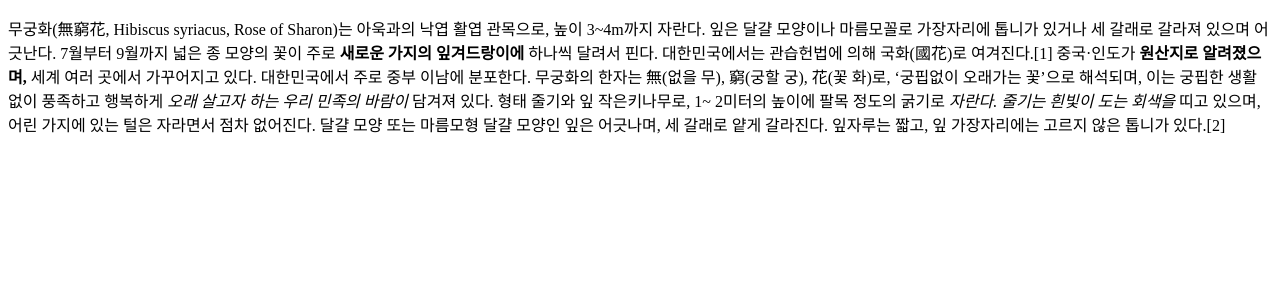
Repository: sH1222J/SH_DDit_WEB_study
Page: workspace/webpro/src/main/webapp/0304/텍스트서식.html
An editor plug-in stored every save of this project. The page is shown before and after the next save, followed by the edit.
The browser window is 1280 px wide. The pictures show the whole page.

Above is the page before, as saved 2025-03-04 03:20:27.

### workspace/webpro/src/main/webapp/0304/텍스트서식.html
<!DOCTYPE html>
<html>
<head>
<meta charset="UTF-8">
<title>Insert title here</title>
</head>
<body>



	<p>무궁화(無窮花, Hibiscus syriacus, Rose of Sharon)는 아욱과의 낙엽 활엽 관목으로, 높이
		3~4m까지 자란다. 잎은 달걀 모양이나 마름모꼴로 가장자리에 톱니가 있거나 세 갈래로 갈라져 있으며 어긋난다. 7월부터
		9월까지 넓은 종 모양의 꽃이 주로 <b>새로운 가지의 잎겨드랑이에</b> 하나씩 달려서 핀다. 대한민국에서는 관습헌법에 의해
		국화(國花)로 여겨진다.[1] 중국·인도가 <strong>원산지로 알려졌으며,</strong> 세계 여러 곳에서 가꾸어지고 있다. 대한민국에서 주로 중부
		이남에 분포한다. 무궁화의 한자는 無(없을 무), 窮(궁할 궁), 花(꽃 화)로, ‘궁핍없이 오래가는 꽃’으로 해석되며, 이는
		궁핍한 생활 없이 풍족하고 행복하게 <i>오래 살고자 하는 우리 민족의 바람이</i> 담겨져 있다. 형태 줄기와 잎 작은키나무로, 1~
		2미터의 높이에 팔목 정도의 굵기로 <em>자란다. 줄기는 흰빛이 도는 회색을</em> 띠고 있으며, 어린 가지에 있는 털은 자라면서 점차
		없어진다. 달걀 모양 또는 마름모형 달걀 모양인 잎은 어긋나며, 세 갈래로 얕게 갈라진다. 잎자루는 짧고, 잎 가장자리에는
		고르지 않은 톱니가 있다.[2]</p>



















</body>
</html>

After the next save:
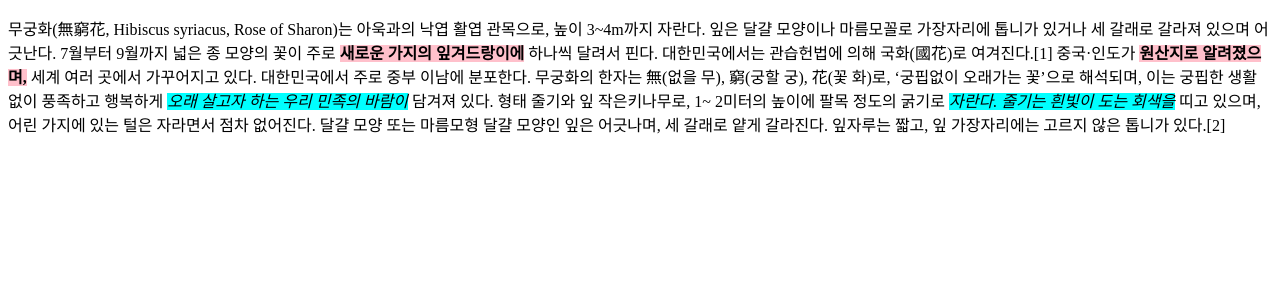
Saved 2 min 19 s later.
--- a/workspace/webpro/src/main/webapp/0304/텍스트서식.html
+++ b/workspace/webpro/src/main/webapp/0304/텍스트서식.html
@@ -3,6 +3,20 @@
 <head>
 <meta charset="UTF-8">
 <title>Insert title here</title>
+
+
+<style type="text/css">
+b,strong {
+	background : pink;
+}
+
+i,em{
+	background : cyan;
+}
+
+
+
+</style>
 </head>
 <body>
 
